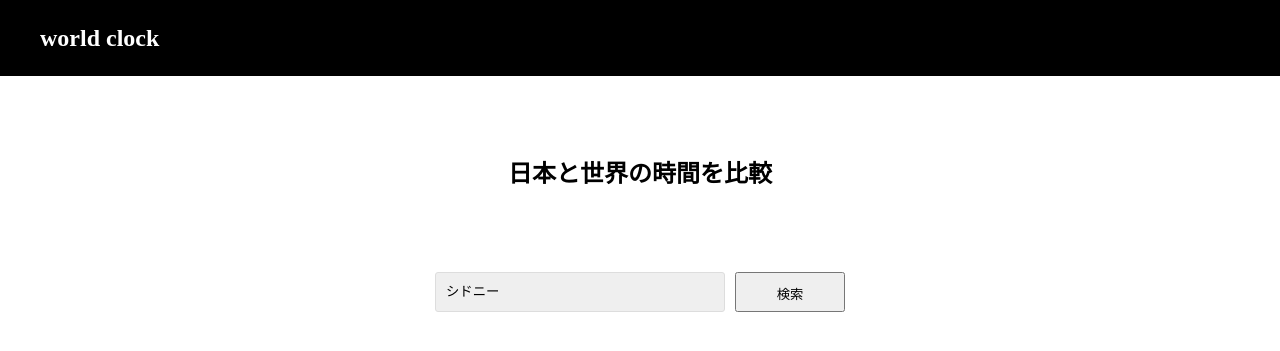
Repository: kay4300/php05-test
Page: http://localhost/
These files come from the project's save history. The page is drawn as it stood at one moment and after the next save; the edit follows.
The browser window is 1280 px wide. The pictures show the whole page.
The page is run by PHP 8.4 with error messages shown; the project is at /var/www/html/.

Above is the page before, as saved 2025-08-15 13:41:12.

After the next save:
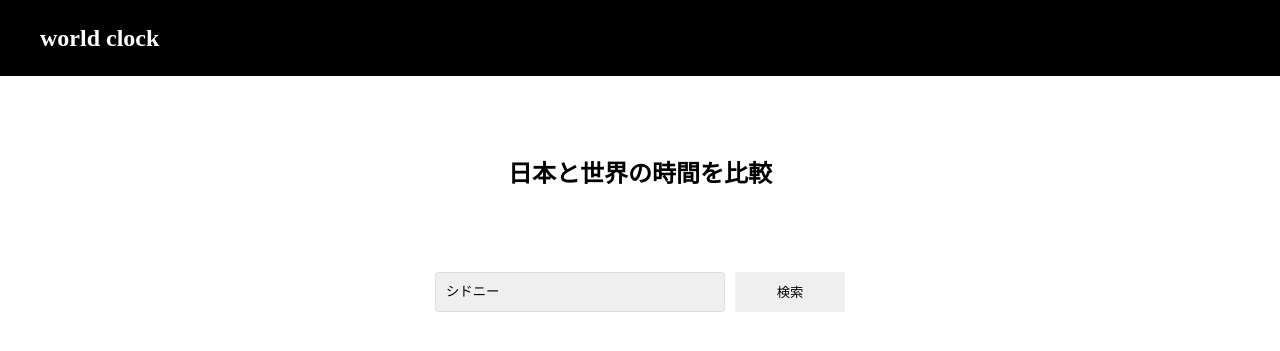
Saved 6 s later.
--- a/src/php02/css/index.css
+++ b/src/php02/css/index.css
@@ -36,5 +36,6 @@
     padding: 10px;
     width: 100%;
     height: 40px;
-    border: ;
+    border: none;
+
 }
